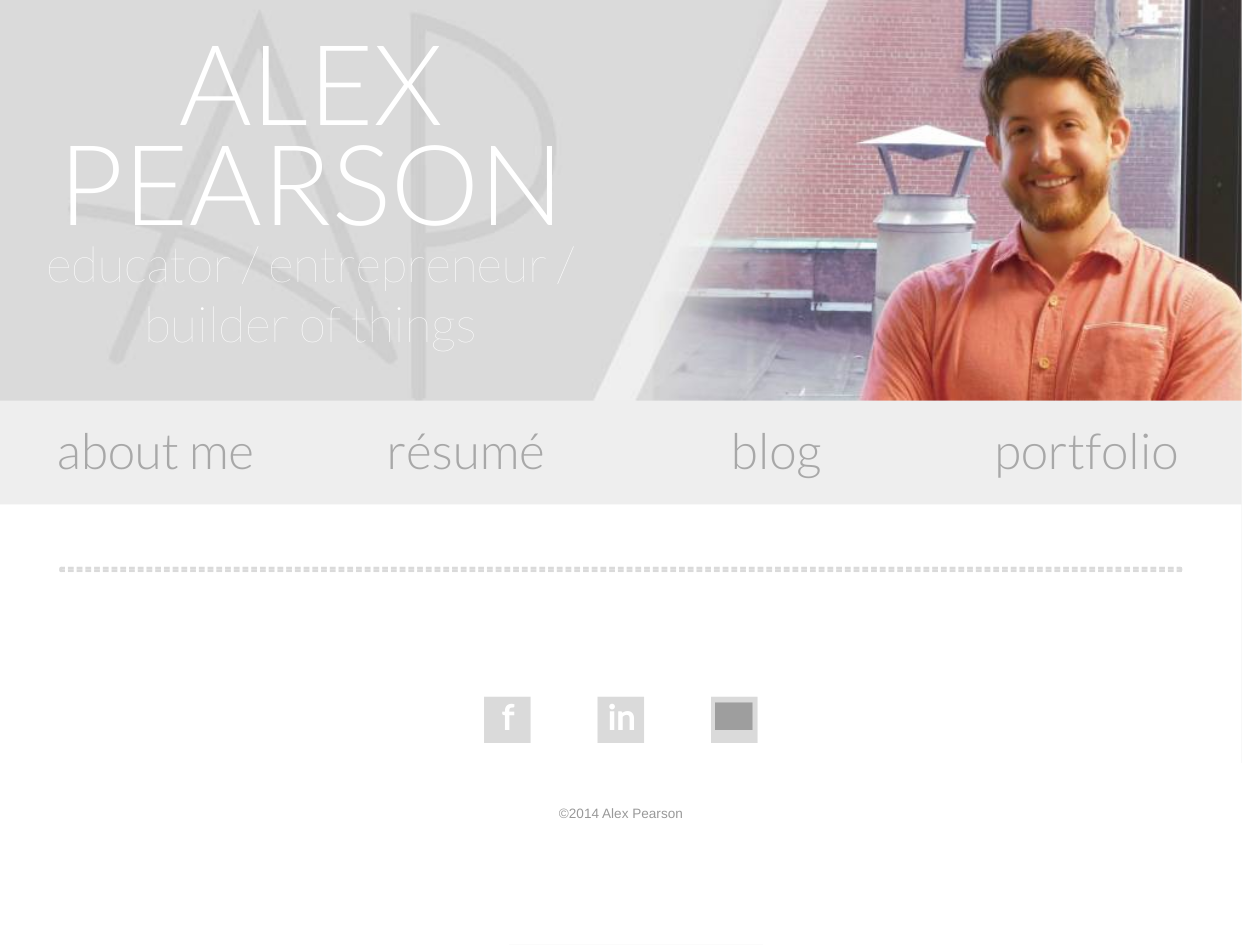
Repository: NAlexPear/personal-page
Page: tweets/index.html
The author's editor kept a record of every edit. The page is drawn from the files as they stood at one moment, then again after the next edit.
The browser window is 1280 px wide. The pictures show the whole page, at 97% of full size.
Pictures or frames that could not be fetched are drawn as grey boxes.

Above is the page before.

### tweets/index.html
<!DOCTYPE html>
<html lang="en-us">

<head>
<meta charset="utf-8">
<!-- Set the viewport width to device width for mobile -->
<meta name="viewport" content="width=device-width, initial-scale=1, maximum-scale=1, user-scalable=0">
<link rel="shortcut icon" href="../theme/images/favicon.ico" type="image/x-icon">
<link rel="icon" href="../theme/images/favicon.ico" type="image/x-icon">
<title>Alex Pearson</title>
<!-- Included CSS Files -->
<link rel="stylesheet" href="../theme/css/maintemplate2.css">
<!-- IE Fix for HTML5 Tags -->
<!--[if lt IE 9]>
		<script src="http://html5shiv.googlecode.com/svn/trunk/html5.js"></script>
	<![endif]-->

<link rel="canonical" href="http://alexpear.com">
<link rel="shortlink" href="http://alexpear.com">

<link href='https://fonts.googleapis.com/css?family=Lato:100,300,400' rel='stylesheet' type='text/css'>

<!--Scripts below-->
<script type="text/javascript" src="../theme/js/analytics.js"></script>

</head>

<body>
    <div style="background-color: #EEEEEE;">
    <div class="topstuff">
        <img src="../theme/images/alexsmilin3.jpg" width="100%" height="auto"></img>
        <div class="splash">
            <div id="splashname">
                ALEX PEARSON
            </div>
            <div id="splashtag">
                educator / entrepreneur / builder of things
            </div>
        </div>
    </div>
        <ul id="navbubbles">
            <li id="about">
                <div class="navreact">
                    <a href="http://www.alexpear.com/about" title="About Alex" alt="About Alex">
                        <div>about me</div>
                    </a>
                </div>
            </li>
            <li id="resume">
                <div class="navreact">
                    <a href="http://alexpear.com/resume" title="Alex's Resume" alt="Alex's Resume">
                        <div>résumé</div>
                    </a>
                </div>
            </li>
            <li id="blog">
                <div class="navreact">
                    <a href="http://alexpear.com/blog" title="Alex's Blog" alt="Alex's Blog">
                        <div>blog</div>
                    </a>
                </div>
            </li>
            <li id="blog">
                <div class="navreact">
                    <a href="#" title="Alex's Twitter Feed" alt="Alex's Tweets">
                        <div>portfolio</div>
                    </a>
                </div>
            </li>
        </ul>
    </div>
    <div id="content-wrapper">
        <div id="content">

        </div>
    </div>

</body>
<footer>
    <div class="socialmedia">
        <ul id="socialmediabuttons">
            <li id="fb"><a href="https://www.facebook.com/alex.pearson.568" title="facebook">f</a></li>
            <li id="in"><a href="https://www.linkedin.com/pub/alex-pearson/a4/492/a16" title="linkedin">in</a></li>
            <li id="twit"><a href="https://twitter.com/NAlexPearson" title="twitter"><img src="http://i.imgur.com/KlB8yzw.png" width="80%"></a></li>

        </ul>
    </div>
    <div class="copyright">©2014 Alex Pearson</div>
</footer>

### theme/css/maintemplate2.css
html{
    -webkit-font-smoothing: antialised;
    margin:0;
}

body{
    background-color: rgb(255,255,255);
    margin:0;
}

h2{
    font-family: 'Lato', 'Helvetica', 'sans-serif';
    font-size:3vw;
    font-weight: 400;
    line-height: 50%;
}
h4{
    font-family: 'Lato', 'Helvetica', 'sans-serif';
    font-weight: 400;
}

p {
    font-family: georgia, "Times New Roman";
    font-size: 4vw;
    color: rgb(155,155,155);
}

a {
    text-decoration: none;
    color: rgba(100,100,100,0.7);
}

a:hover {
    color: rgba(100,100,100,1.0);
}

.topstuff{
    width: 100%;
}

.splash {
    width: 50%;
    position: absolute;
    margin-top: -30%;
}

#content-wrapper{
    width:90%;
    max-width: 1200px;
    margin-left:auto;
    margin-right:auto;
    margin-top: 5%;
    border: 0.3vw dashed #dadada;
    border-radius: 15px;
}

/*#content-wrapper:before {*/
/*  content:"";*/
/*  position:absolute;*/
 /* bottom:-20px; /* value = - border-top-width - border-bottom-width */
  /*left:40px; /* controls horizontal position */
/*  border-width:20px 20px 0;*/
/*  border-style:dashed;*/
/*  border-color:#5a8f00 transparent;*/
  /* reduce the damage in FF3.0 */
/*  display:block;*/
/*  width:0;*/
/*}*/

/*#content-wrapper:after {*/
/*  content:"";*/
/*  position:absolute;*/
/*  bottom:-13px; /* value = - border-top-width - border-bottom-width */
  /*left:47px; /* value = (:before left) + (:before border-left) - (:after border-left)
/*  border-width:13px 13px 0;*/
/*  border-style:dashed;*/
/*  border-color:#fff transparent;*/
  /* reduce the damage in FF3.0 */
/*  display:block;*/
/*  width:0;*/
/*}*/

#content{
    padding-left:1.5vw;
    padding-right:1.5vw;
}

#content p{
    font-size:2vw;
    font-family:'Lato', 'Helvetica', 'sans-serif';
    font-weight:300;
}

#content h1{
    font-family:'Lato', 'Helvetica', 'Sans-serif';
    font-weight: 400;
}

#content ul{
    font-family: 'Lato', 'Helvetica', 'sans-serif';
    font-size: 0.8em;
    opacity: 0.3;
}

#content a{
    border-bottom:0.2vw dotted;
}

#content a:hover{
    border-bottom:0.2vw solid;
}

#content code{
    font-size: 2vw;
}


.signature{
    width:40%;
    height:auto;
    margin-left:auto;
    margin-right:auto;
    margin-top:-2%;
}

.signature img{
    margin-left:27%;
    width:40%;
    height:14vw;
    margin-bottom:0;
    opacity: 0.1;
    border: 0.3vw solid #59556a;
    border-radius:50%;
}

.signature h1{
    font-family: 'Shadows Into Light', 'cursive';
    font-size: 7vw;
    font-weight:300;
    margin-left:29%;
    margin-top:-23%;
    padding-top:0;
    color:#59556a;
}

#splashname{
    position:relative;
    font-family: 'Lato', "sans-serif";
    text-align: center;
    font-weight: 300;
    font-size:9vw;
    line-height:90%;
    padding-bottom: 0vw;
    color: rgb(255,255,255);
}

#splashtag{
    position:relative;
    font-family:'Lato',"Sans-Serif";
    font-size:4vw;
    font-weight: 100;
    color: rgb(255,255,255);
    text-align: center;
}

#navbubbles{
    list-style-type:none;
    display:table;
    table-layout:fixed;
    width: 100%;
    padding-bottom: 2vw;
    padding-left: 0px;
}

#navbubbles li{
    display: table-cell;
    text-align: center;
    font-family: 'Lato', "Sans-Serif";
    font-size: 4vw;
    font-weight: 300;
    color:#ffffff;;
}

.navreact a{

   color:#A8A8A8;
  -o-transition:.5s color;
  -ms-transition:.5s color;
  -moz-transition:.5s color;
  -webkit-transition:.5s color;
   transition: .5s color;
}

.navreact a:hover{
    color: #51504f;
}


#resume-links{
    list-style:none;
    display:table;
    table-layout: fixed;
    width: 80%;
    max-width:800px;
    height:auto;
    margin-left:auto;
    margin-right:auto;
    text-align:center;
}

#resume-links li{
    font-size:3vw;
    display:table-cell;
}

.socialmedia{
    margin-top: 10%;
}

footer ul { list-style: none; margin: 0 auto; overflow: hidden; padding: 0; width: 50%; min-width:200px; max-width:350px;
    margin-left: auto;
    margin-right: auto;
    display: table;
    table-layout:fixed;
}
footer ul li {display: table-cell; font-family: lato, "sans-serif"; font-size: 2.2em; font-weight: bold;}
footer ul li:last-child {margin-right: 0; }
footer ul li a { background: #DADADA; display:block; color: #fff; overflow: hidden; text-decoration: none; -webkit-transition: all .3s ease; width: 48px; height: 48px;margin-left:auto;margin-right:auto;}
footer ul li a:hover, footer ul li a:focus, footer ul li a:active { background: #51504f; color: #fff; }

#socialmediabuttons {
    text-align: center;
    /*direction:ltr;*/
}

#in{
    font-weight: bolder;
}

.copyright {
    margin-top:5%;
    margin-bottom:10%;
    text-align: center;
    font-family: helvetica, "Sans-Serif";
    font-size: 14px;
    opacity: 0.4;
}

### theme/js/analytics.js
(function(i,s,o,g,r,a,m){i['GoogleAnalyticsObject']=r;i[r]=i[r]||function(){(i[r].q=i[r].q||[]).push(arguments)},i[r].l=1*new Date();a=s.createElement(o),m=s.getElementsByTagName(o)[0];a.async=1;a.src=g;m.parentNode.insertBefore(a,m)})(window,document,'script','//www.google-analytics.com/analytics.js','ga');ga('create','UA-56023800-1','auto');ga('send','pageview');

After the next edit:
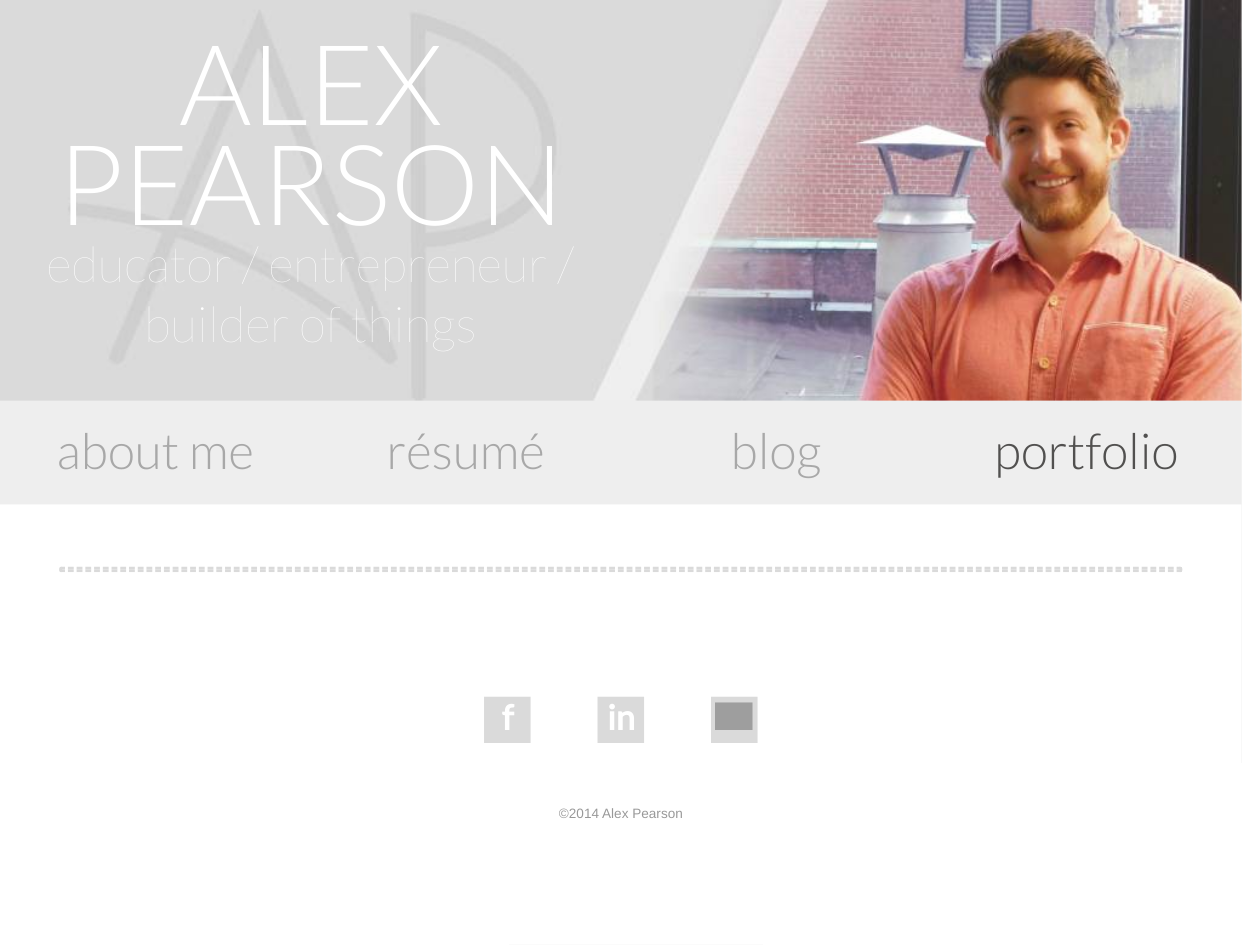
The edit:
--- a/tweets/index.html
+++ b/tweets/index.html
@@ -63,7 +63,7 @@
             <li id="blog">
                 <div class="navreact">
                     <a href="#" title="Alex's Twitter Feed" alt="Alex's Tweets">
-                        <div>portfolio</div>
+                        <div style="color:#51504f">portfolio</div>
                     </a>
                 </div>
             </li>
